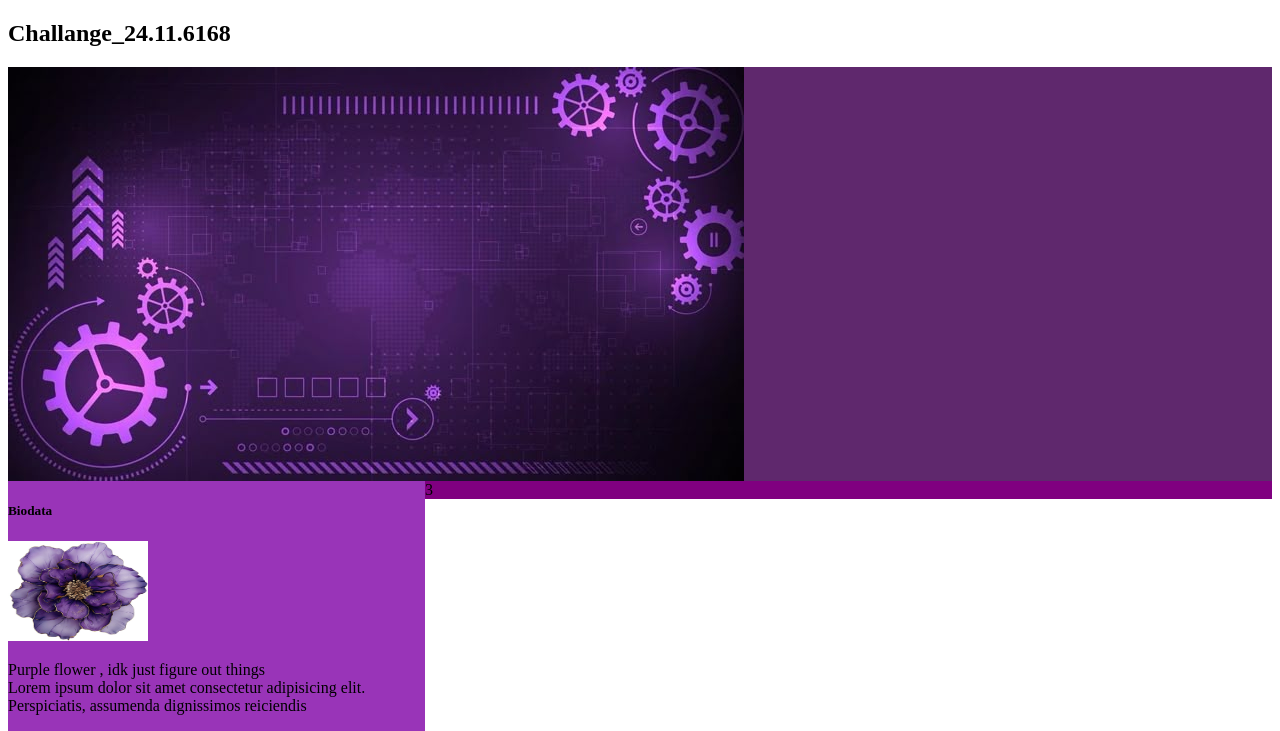
Repository: Ms-Ulfiyahrustam/p5_pemogramanweb
Page: index.html
These files come from the project's save history. The page is drawn as it stood at one moment and after the next save; the edit follows.
The browser window is 1280 px wide. The pictures show the whole page.

Above is the page before, as saved 2026-04-27 09:23:59.

### index.html
<!DOCTYPE html>
<html lang="en">
<head>
    <meta charset="UTF-8">
    <meta name="viewport" content="width=device-width, initial-scale=1.0">
    <link rel="stylesheet" href="style.css">
    <title>Document</title>
</head>
<body class="">
    <h2>Challange_24.11.6168</h2>
    <div class="flex-container">
        <img src="download.jpg" alt="">
    </div>
    <div class="leftside">
        <h5>Biodata</h5>
        <img src="purple.jpg" alt="" width="140" height="100" >
        <p>Purple flower , idk just figure out things <br>
            Lorem ipsum dolor sit amet consectetur adipisicing elit. Perspiciatis, assumenda dignissimos reiciendis  <br>
        </p>
    </div>
    <div class="midplace">3</div>
</body>
</html>

### style.css




.flex-container{
    display: flex;
    background-color: rgb(95, 40, 109);
    margin: auto;
}

.leftside{
    width:33%;
    float:left;
    background-color: rgb(153, 52, 184);

}


.midplace{
    background-color: purple;

}

After the next save:
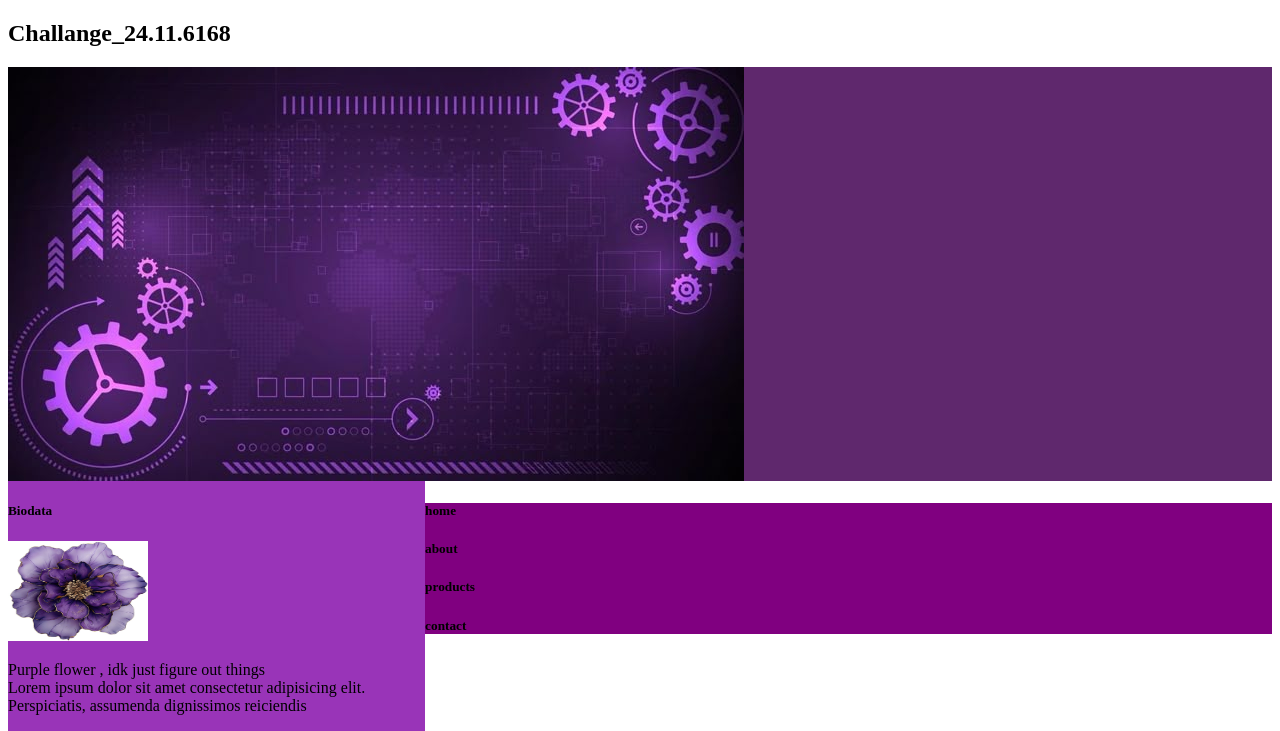
Saved 111 s later.
--- a/index.html
+++ b/index.html
@@ -18,6 +18,11 @@
             Lorem ipsum dolor sit amet consectetur adipisicing elit. Perspiciatis, assumenda dignissimos reiciendis  <br>
         </p>
     </div>
-    <div class="midplace">3</div>
+    <div class="midplace">
+        <h5>home</h5>
+        <h5>about</h5>
+        <h5>products</h5>
+        <h5>contact</h5>
+        </div>
 </body>
 </html>
